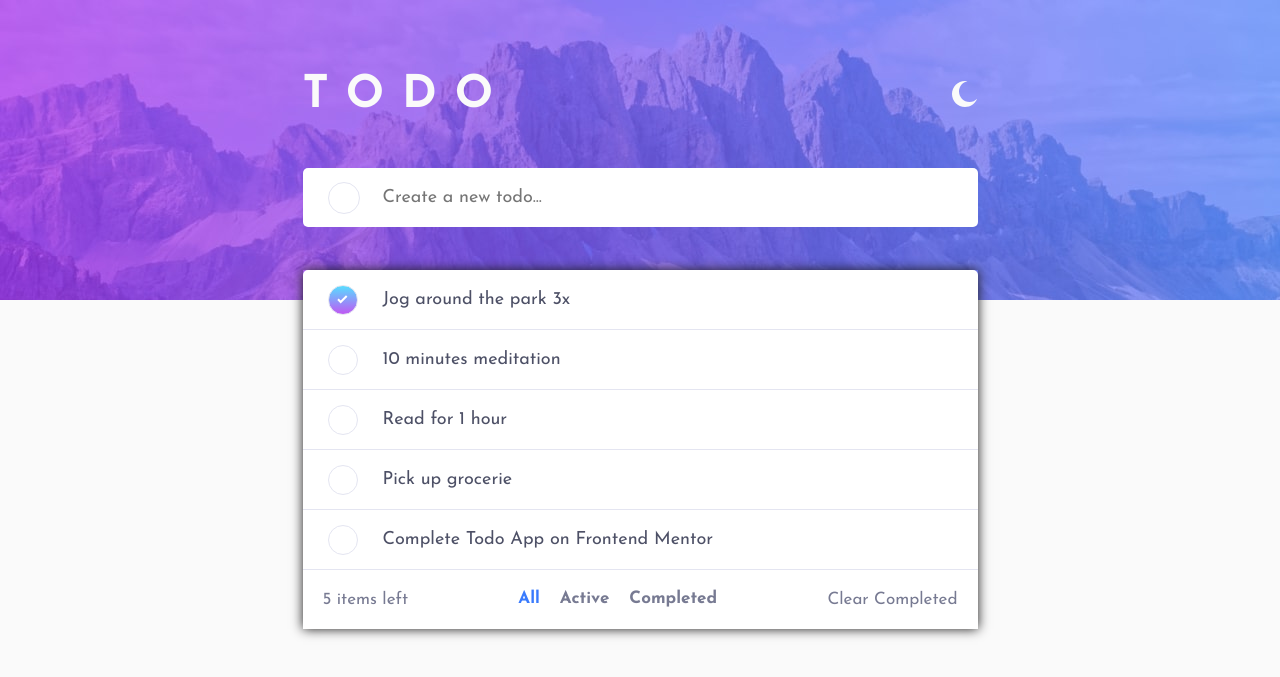
Repository: tomas938/todo-app
Page: /
An editor plug-in stored every save of this project. The page is shown before and after the next save, followed by the edit.
The browser window is 1280 px wide. The pictures show the whole page.
The project was rebuilt for these pictures with package versions that can differ from the ones it lists, and the page was loaded fresh each time.

Above is the page before, as saved 2021-08-19 21:19:25.

### src/main.js
import { createApp } from "vue";
import App from "./App.vue";
import router from "./router";

createApp(App)
	.use(router)
	.mount("#app");

### src/App.vue
<template>
	<router-view />
</template>

<style lang="scss">
@import "/src/scss/_variables";
:root {
	.dark {
		--bg-image: url(./assets/bg-desktop-dark.jpg);
		--items-bg-color: hsl(235, 24%, 19%);
		--body-bg: hsl(235, 21%, 11%);
		--todo-text: hsl(236, 33%, 92%);
		--todo-border: hsl(237, 14%, 26%);
	}
	.light {
		--bg-image: url(./assets/bg-desktop-light.jpg);
		--items-bg-color: hsl(0, 0%, 100%);
		--body-bg: hsl(0, 0%, 98%);
		--todo-text: hsl(233, 14%, 35%);
		--todo-border: hsl(236, 33%, 92%);
	}
}

* {
	margin: 0;
	padding: 0;
	box-sizing: border-box;
}
html {
	font-size: 62.5%;
}
body {
	font-size: 1.8rem;
	font-family: $font-primary;
	background-color: var(--body-bg);
}

li {
	list-style: none;
}
</style>

### src/router/index.js
import { createRouter, createWebHashHistory } from "vue-router";
import Home from "../views/Home.vue";

const routes = [
	{
		path: "/",
		name: "Home",
		component: Home,
	},
];

const router = createRouter({
	history: createWebHashHistory(),
	routes,
});

export default router;

### src/scss/_variables.scss
// LINK COLLORS-PRIMARY //

$primary: hsl(220, 98%, 61%);
$primary-bg: linear-gradient(rgb(87, 221, 255), hsl(280, 87%, 65%));

// LINK LIGHT THEME //

$light-gray: hsl(0, 0%, 98%);
$very-light-grayish-blue: hsl(236, 33%, 92%);
$light-grayish-blue: hsl(233, 11%, 84%);
$dark-grayish-blue: hsl(236, 9%, 61%);
$very-dark-grayish-blue: hsl(235, 19%, 35%);

// LINK DARK THEME //

$very-dark-blue: hsl(235, 21%, 11%);
$dark-desaturated-blue: hsl(235, 24%, 19%);
$light-grayish-blue--dark: hsl(234, 39%, 85%);
$light-grayish-blue--dark-hover: hsl(236, 33%, 92%);
$dark-grayish-blue--dark: hsl(234, 11%, 52%);
$very-dark-grayish-blue--dark: hsl(233, 14%, 35%);
$very-dark-grayish-blue--dark-2: hsl(237, 14%, 26%);

// LINK FONT //

@import url("https://fonts.googleapis.com/css2?family=Josefin+Sans:wght@400;700&display=swap");
$font-primary: "Josefin Sans", sans-serif;
$light: 400;
$bold: 700;

### src/views/Home.vue
<template>
	<Todos />
</template>

<script>
import Todos from "../components/Todos.vue";
export default {
	components: {
		Todos,
	},
};
</script>
<style lang="scss"></style>

### src/components/Todos.vue
<template>
	<Header @create-todo="newTodo($event)" />
	<main>
		<div class="wrapper">
			<transition-group name="list" class="todos" tag="ul" appear>
				<li
					v-for="(todo, index) in filteredTodos"
					:key="todo.name"
					class="todo-item"
				>
					<div
						class="todo "
						:class="{ complete: todo.completed }"
						@click="todo.completed = !todo.completed"
					></div>
					<span>{{ todo.name }}</span>
					<svg
						@click="removeTodo(index)"
						class="close"
						xmlns="http://www.w3.org/2000/svg"
						width="18"
						height="18"
					>
						<path
							fill="#494C6B"
							fill-rule="evenodd"
							d="M16.97 0l.708.707L9.546 8.84l8.132 8.132-.707.707-8.132-8.132-8.132 8.132L0 16.97l8.132-8.132L0 .707.707 0 8.84 8.132 16.971 0z"
						/>
					</svg>
				</li>
				<li class="filters">
					<div class="items-left">
						<span>{{ filteredTodos.length }} items left</span>
					</div>
					<div class="filter">
						<span :class="{ active: filter === 'all' }" @click="filter = 'all'"
							>All</span
						>
						<span
							:class="{ active: filter === 'active' }"
							@click="filter = 'active'"
							>Active</span
						>
						<span
							:class="{ active: filter === 'completed' }"
							@click="filter = 'completed'"
							>Completed</span
						>
					</div>
					<div class="clear">
						<span @click="clearTodos">Clear Completed</span>
					</div>
				</li>
			</transition-group>
		</div>
	</main>
</template>

<script>
import Header from "../components/Header";
export default {
	components: {
		Header,
	},
	data() {
		return {
			LOCAL_STORAGE_KEY: "todoApp",
			todos: JSON.parse(localStorage.getItem(this.LOCAL_STORAGE_KEY)) || [
				{
					name: "Jog around the park 3x",
					completed: true,
				},
				{
					name: "10 minutes meditation",
					completed: false,
				},
				{
					name: "Read for 1 hour",
					completed: false,
				},
				{
					name: "Pick up grocerie",
					completed: false,
				},
				{
					name: "Complete Todo App on Frontend Mentor",
					completed: false,
				},
			],
			filter: "all",
		};
	},
	mounted() {
		if (localStorage.getItem(this.LOCAL_STORAGE_KEY))
			this.todos = JSON.parse(localStorage.getItem(this.LOCAL_STORAGE_KEY));
	},
	watch: {
		todos: {
			deep: true,
			handler(newValue) {
				localStorage.setItem(this.LOCAL_STORAGE_KEY, JSON.stringify(newValue));
			},
		},
	},
	methods: {
		newTodo(newTodo) {
			if (newTodo !== "") {
				this.todos.unshift({ name: newTodo, completed: false });
			}
		},
		removeTodo(index) {
			this.todos.splice(index, 1);
		},
		clearTodos() {
			this.todos = this.todos.filter((todo) => !todo.completed);
		},
	},
	computed: {
		filteredTodos() {
			if (this.filter === "all") {
				return this.todos;
			} else if (this.filter === "active") {
				return this.todos.filter((todo) => !todo.completed);
			} else if (this.filter === "completed") {
				return this.todos.filter((todo) => todo.completed);
			}
			return this.todos;
		},
	},
};
</script>

<style lang="scss" scoped>
@import "/src/scss/_variables";

main {
	transform: translateY(-3rem);
	display: flex;
	flex-direction: column;
	max-width: 73.5rem;
	margin: 0 auto;
	padding: 0 3rem;
}
.wrapper {
	box-shadow: 0px 0px 11px 0px #1a1919;
}
.todos {
	position: relative;
	border-radius: 0.5rem;
	background-color: var(--items-bg-color);
}
.todo-item {
	position: relative;
	display: flex;
	justify-content: space-between;
	align-items: center;
	width: 100%;
	padding: 2rem;
	padding-left: 8rem;
	font-family: $font-primary;
	font-weight: $light;
	color: var(--todo-text);
	border-bottom: 1px solid var(--todo-border);
	.todo {
		cursor: pointer;
		content: "";
		position: absolute;
		display: flex;
		align-items: center;
		justify-content: center;
		top: 50%;
		transform: translateY(-50%);
		left: 2.5rem;
		width: 3rem;
		height: 3rem;
		border-radius: 50%;
		border: 1px solid var(--todo-border);
	}
	.complete {
		background-image: url("../assets/icon-check.svg"), $primary-bg;
		background-repeat: no-repeat;
		background-position: center;
	}
	.close {
		cursor: pointer;
		opacity: 0;
	}
	&:hover {
		.close {
			transition: opacity 0.5s ease-in-out;
			opacity: 1;
		}
	}
}
.filters {
	display: flex;
	justify-content: space-between;
	background-color: var(--items-bg-color);
	padding: 2rem;
	.filter {
		font-weight: $bold;
		display: flex;
		gap: 2rem;
		.active {
			color: $primary;
			transition: color 0.3s ease-in-out;
		}
	}
	.items-left {
		span {
			cursor: auto;
		}
	}
	span {
		color: $dark-grayish-blue--dark;
		cursor: pointer;
		font-size: 1.7rem;
	}
}
// TRANSITIONS //
.list-enter-active {
	transition: all 0.7s ease;
}
.list-enter-from {
	opacity: 0;
	transform: scale(0.6);
}
.list-enter-to {
	opacity: 1;
	transform: scale(1);
}
.list-leave-active {
	transition: all 0.7s ease;
	position: absolute;
}
.list-leave-from {
	opacity: 1;
	transform: scale(1);
}
.list-leave-to {
	opacity: 0;
	transform: translateX(-50px);
	transform: scale(0.6);
}
.list-move {
	transition: all 0.8s ease;
}
</style>

### src/components/Header.vue
<template>
	<header>
		<nav class="nav container">
			<div class="nav__title">
				<h1>todo</h1>
			</div>
			<svg
				v-if="ligth"
				@click="changeTheme"
				class="nav__theme"
				xmlns="http://www.w3.org/2000/svg"
				width="26"
				height="26"
			>
				<path
					fill="#fafafa"
					fill-rule="evenodd"
					d="M13 0c.81 0 1.603.074 2.373.216C10.593 1.199 7 5.43 7 10.5 7 16.299 11.701 21 17.5 21c2.996 0 5.7-1.255 7.613-3.268C23.22 22.572 18.51 26 13 26 5.82 26 0 20.18 0 13S5.82 0 13 0z"
				/>
			</svg>
			<svg
				v-else
				@click="changeTheme"
				xmlns="http://www.w3.org/2000/svg"
				width="26"
				height="26"
			>
				<path
					fill="#fafafa"
					fill-rule="evenodd"
					d="M13 21a1 1 0 011 1v3a1 1 0 11-2 0v-3a1 1 0 011-1zm-5.657-2.343a1 1 0 010 1.414l-2.121 2.121a1 1 0 01-1.414-1.414l2.12-2.121a1 1 0 011.415 0zm12.728 0l2.121 2.121a1 1 0 01-1.414 1.414l-2.121-2.12a1 1 0 011.414-1.415zM13 8a5 5 0 110 10 5 5 0 010-10zm12 4a1 1 0 110 2h-3a1 1 0 110-2h3zM4 12a1 1 0 110 2H1a1 1 0 110-2h3zm18.192-8.192a1 1 0 010 1.414l-2.12 2.121a1 1 0 01-1.415-1.414l2.121-2.121a1 1 0 011.414 0zm-16.97 0l2.121 2.12A1 1 0 015.93 7.344L3.808 5.222a1 1 0 011.414-1.414zM13 0a1 1 0 011 1v3a1 1 0 11-2 0V1a1 1 0 011-1z"
				/>
			</svg>
		</nav>
		<div class="new-todo">
			<input
				type="text"
				placeholder="Create a new todo..."
				v-model="newTodo"
				@keypress.enter="$emit('create-todo', newTodo)"
			/>
		</div>
	</header>
</template>

<script>
export default {
	data() {
		return {
			newTodo: "",
			ligth: true,
			body: document.body,
		};
	},
	methods: {
		changeTheme() {
			this.ligth = !this.ligth;
			if (!this.ligth) {
				this.body.classList.remove("light");
				this.body.classList.add("dark");
			} else {
				this.body.classList.remove("dark");
				this.body.classList.add("light");
			}
		},
	},
	mounted() {
		this.body.classList.add("light");
	},
};
</script>

<style lang="scss" scoped>
@import "/src/scss/_variables";

header {
	height: 30rem;
	display: flex;
	flex-direction: column;
	align-items: center;
	justify-content: center;
	gap: 5rem;
	padding: 3rem;
	background-image: var(--bg-image);
	background-repeat: no-repeat;
	background-size: cover;
}
.nav {
	max-width: 67.5rem;
	width: 100%;
	display: flex;
	justify-content: space-between;
	align-items: baseline;
	&__title h1 {
		font-size: 4.5rem;
		letter-spacing: 1.8rem;
		text-transform: uppercase;
	}

	svg {
		cursor: pointer;
	}
}
.new-todo {
	max-width: 67.5rem;
	width: 100%;
	position: relative;
	&::before {
		content: "";
		position: absolute;
		top: 50%;
		transform: translateY(-50%);
		left: 2.5rem;
		width: 3rem;
		height: 3rem;
		border-radius: 50%;
		border: 1px solid var(--todo-border);
	}
}
input {
	background-color: var(--items-bg-color);
	color: var(--todo-text);
	width: 100%;
	outline: none;
	border: none;
	padding: 2rem;
	padding-left: 8rem;
	border-radius: 0.5rem;
	font-size: 1.8rem;
	font-family: $font-primary;
	font-weight: $light;
}
h1 {
	color: $light-gray;
}
</style>

Loaded but not shown: public/index.html (common file)

After the next save:
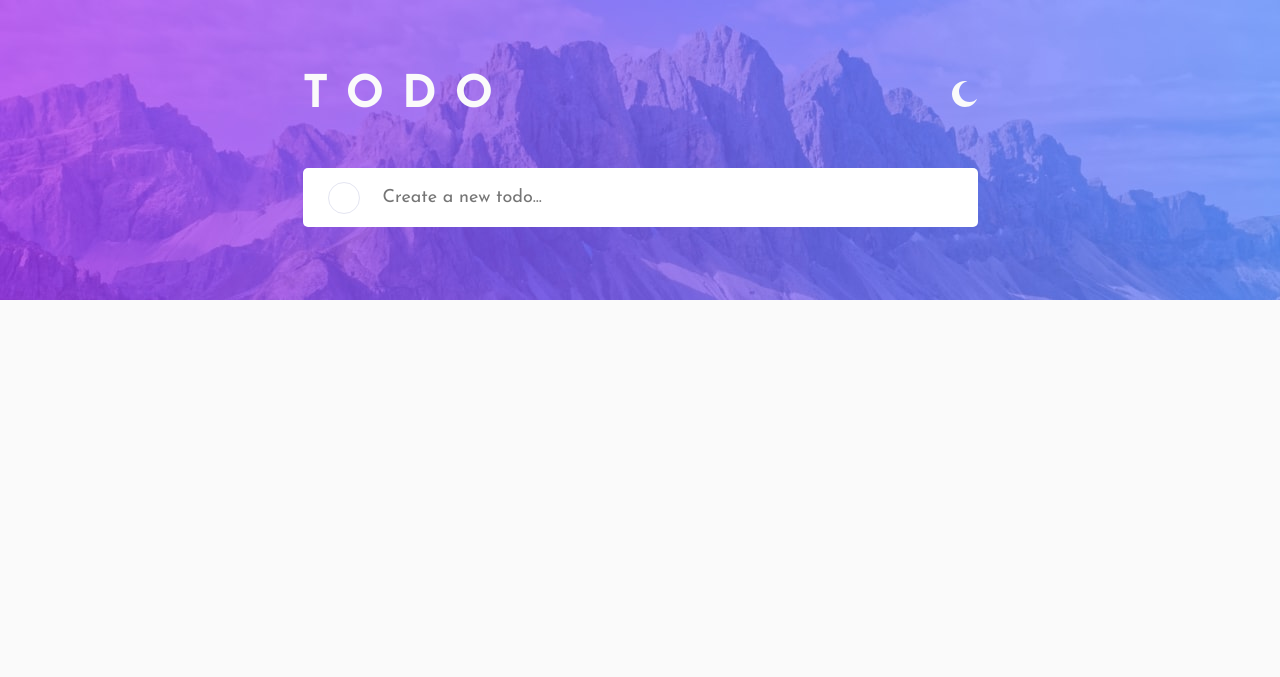
Console error (its wording comes from the project's code and is left out).
Saved 2 min 16 s later.
--- a/src/components/Todos.vue
+++ b/src/components/Todos.vue
@@ -28,7 +28,7 @@
 						/>
 					</svg>
 				</li>
-				<li class="filters">
+				<li class="filters" :key="filteredTodos.legth" + 1>
 					<div class="items-left">
 						<span>{{ filteredTodos.length }} items left</span>
 					</div>

After the save that followed:
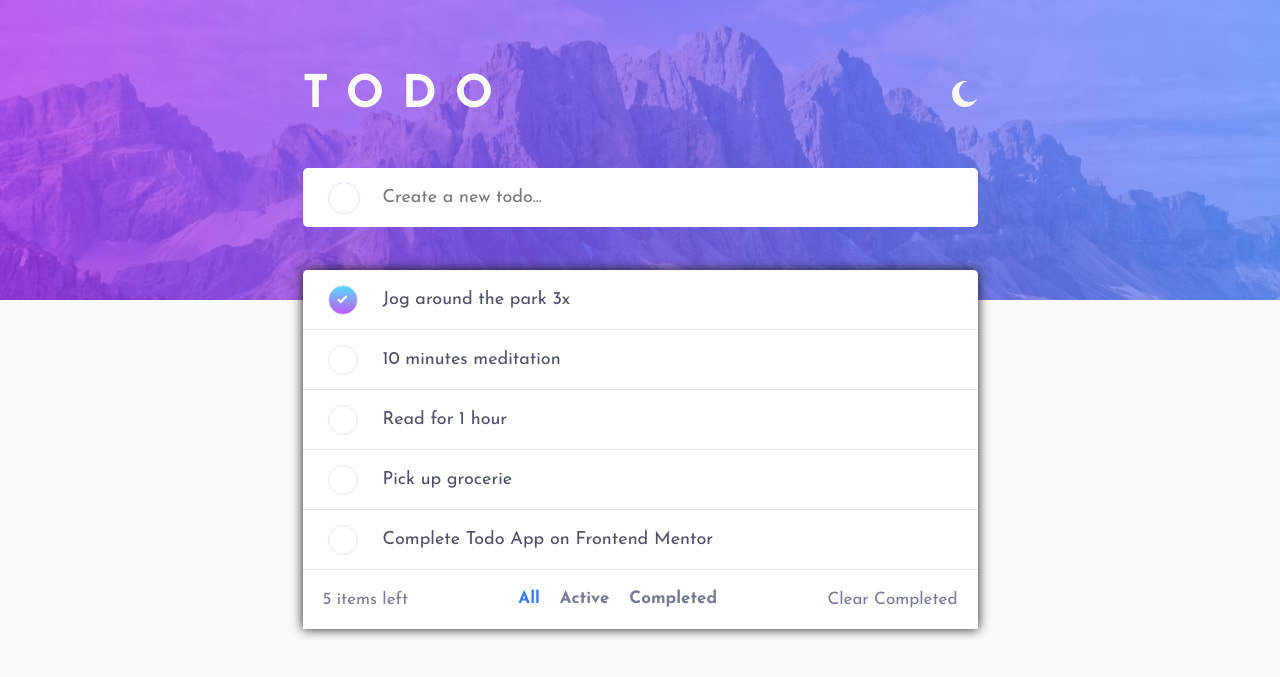
The error is gone.
Saved 19 s later.
--- a/src/components/Todos.vue
+++ b/src/components/Todos.vue
@@ -28,30 +28,30 @@
 						/>
 					</svg>
 				</li>
-				<li class="filters" :key="filteredTodos.legth" + 1>
-					<div class="items-left">
-						<span>{{ filteredTodos.length }} items left</span>
-					</div>
-					<div class="filter">
-						<span :class="{ active: filter === 'all' }" @click="filter = 'all'"
-							>All</span
-						>
-						<span
-							:class="{ active: filter === 'active' }"
-							@click="filter = 'active'"
-							>Active</span
-						>
-						<span
-							:class="{ active: filter === 'completed' }"
-							@click="filter = 'completed'"
-							>Completed</span
-						>
-					</div>
-					<div class="clear">
-						<span @click="clearTodos">Clear Completed</span>
-					</div>
-				</li>
 			</transition-group>
+			<div class="filters">
+				<div class="items-left">
+					<span>{{ filteredTodos.length }} items left</span>
+				</div>
+				<div class="filter">
+					<span :class="{ active: filter === 'all' }" @click="filter = 'all'"
+						>All</span
+					>
+					<span
+						:class="{ active: filter === 'active' }"
+						@click="filter = 'active'"
+						>Active</span
+					>
+					<span
+						:class="{ active: filter === 'completed' }"
+						@click="filter = 'completed'"
+						>Completed</span
+					>
+				</div>
+				<div class="clear">
+					<span @click="clearTodos">Clear Completed</span>
+				</div>
+			</div>
 		</div>
 	</main>
 </template>
@@ -231,7 +231,7 @@
 }
 .list-leave-active {
 	transition: all 0.7s ease;
-	position: absolute;
+	// position: absolute;
 }
 .list-leave-from {
 	opacity: 1;
